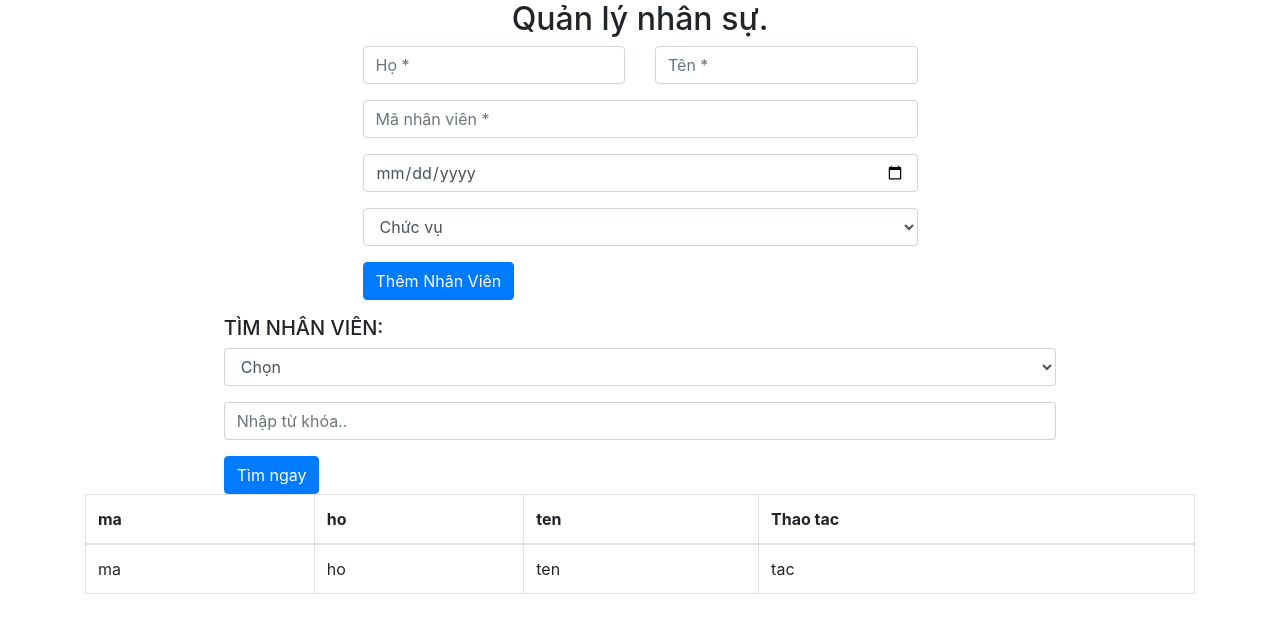
Repository: dovanthao2404/quanlynhanvien
Page: index.html
The author's editor kept a copy of each file at every save. The page is drawn from the files as they stood at one save, then again after the next save.
The browser window is 1280 px wide. The pictures show the whole page.

Above is the page before, as saved 2021-06-30 15:53:06.

### index.html
<!DOCTYPE html>
<html lang="en">

<head>
  <meta charset="UTF-8">
  <meta http-equiv="X-UA-Compatible" content="IE=edge">
  <meta name="viewport" content="width=device-width, initial-scale=1.0">
  <title>Quan Ly Nhan Vien</title>
  <!-- BS4 -->
  <link rel="stylesheet" href="https://cdn.jsdelivr.net/npm/bootstrap@4.6.0/dist/css/bootstrap.min.css"
    integrity="sha384-B0vP5xmATw1+K9KRQjQERJvTumQW0nPEzvF6L/Z6nronJ3oUOFUFpCjEUQouq2+l" crossorigin="anonymous">
  <!-- MAIN CSS -->
  <link rel="stylesheet" href="./css/style.css">
</head>

<body>
  <div class="main">
    <!-- form quan ly' -->
    <div class="container">
      <form class=" w-50 mx-auto">
        <div class="employee-manager">
          <div class="row">
            <div class="col">
              <h2 class="text-center">Quản lý nhân sự.</h2>
            </div>
          </div>
          <div class="form-group">
            <div class="row">
              <div class="col-6">
                <input placeholder="Họ *" type="text" class="form-control" id="ho">
                <span class="text-danger" id="thongBaoHo"></span>
              </div>
              <div class="col-6">
                <input placeholder="Tên *" type="text" class="form-control" id="ten">
                <span class="text-danger" id="thongBaoTen"></span>
              </div>
            </div>
          </div>
          <div class='form-group'>
            <div class="row">
              <div class="col-12">
                <input placeholder="Mã nhân viên *" type="text" class="form-control" id="maNV">
                <span class="text-danger" id="thongBaoMS"></span>
              </div>
            </div>
          </div>
          <div class='form-group'>
            <div class="row">
              <div class="col-12">
                <input type="date" class="form-control" id="ngayLamViec">
                <span class="text-danger" id="thongBaoNgay"></span>
              </div>
            </div>
          </div>
          <div class='form-group'>
            <div class="row">
              <div class="col-12">
                <select id="chucVu" class="form-control">
                  <option value="" selected>Chức vụ</option>
                  <option value="">Sếp</option>
                  <option value="">Trưởng phòng</option>
                  <option value="">Nhân viên</option>
                </select>
                <span class="text-danger" id="thongBaoChucVu"></span>
              </div>
            </div>
          </div>
          <div class='form-group'>
            <button type="button" class="btn btn-primary" id="btnThemNhanVien">Thêm Nhân Viên</button>
          </div>
        </div>
      </form>
    </div>

    <!-- Tim kiem nhan vien -->
    <div class="container">
      <div class="form-search w-75 mx-auto">
        <div class="form-group">
          <h5>TÌM NHÂN VIÊN: </h5>
          <div class="input-group">
            <select class='form-control'>
              <option value="">Chọn</option>
              <option value="">Tìm theo mã</option>
              <option value="">Tìm theo tên</option>
            </select>
          </div>
        </div>

        <div class="form-group">
          <input class="form-control" type="text" placeholder="Nhập từ khóa..">
        </div>
        <button class="btn btn-primary">Tìm ngay</button>
      </div>
    </div>

    <div id="hienthi" class="container">
      <table class="table table-bordered table-hover" id="tableHienThi">
        <thead>
          <th>ma</th>
          <th>ho</th>
          <th>ten</th>
          <th>Thao tac</th>
        </thead>
        <tbody id="thetBody">
          <td>ma</td>
          <td>ho</td>
          <td>ten</td>
          <td> tac</td>
        </tbody>
      </table>
    </div>
  </div>

  <!-- BS4 -->
  <script src="https://code.jquery.com/jquery-3.5.1.slim.min.js"
    integrity="sha384-DfXdz2htPH0lsSSs5nCTpuj/zy4C+OGpamoFVy38MVBnE+IbbVYUew+OrCXaRkfj"
    crossorigin="anonymous"></script>
  <script src="https://cdn.jsdelivr.net/npm/bootstrap@4.6.0/dist/js/bootstrap.bundle.min.js"
    integrity="sha384-Piv4xVNRyMGpqkS2by6br4gNJ7DXjqk09RmUpJ8jgGtD7zP9yug3goQfGII0yAns"
    crossorigin="anonymous"></script>

  <script src="js/NhanVien.js"></script>
  <script src="js/DanhSachNV.js"></script>
  <script src="js/main.js"></script>
</body>

</html>

### css/style.css
* {
  padding: 0;
  margin: 0;
  box-sizing: border-box;
}
.btnCapNhat {
  display: none;
}

### js/NhanVien.js
function NhanVien(maNV, ho, ten, ngaySinh, chucVu, ngayLamViec, luongCaoBan, phuCap) {
  this.maNV = maNV;
  this.ho = ho;
  this.ten = ten;
  this.ngaySinh = ngaySinh;
  this.chucVu = chucVu;
  this.soNgayLamViec = ngayLamViec;
  this.luongCaoBan = luongCaoBan;
  this.phuCap = phuCap;
  this.mangThuocTinh = [this.maNV, this.ho, this.ten, this.ngaySinh, this.chucVu, this.soNgayLamViec, this.luongCaoBan,
  this.phuCap];
}

NhanVien.prototype.tinhLuong = function () {
  return this.soNgayLamViec + this.luongCaoBan + this.phuCap;
}

### js/DanhSachNV.js
function DanhSachNV() {
  this.DanhSachNV = [];
}

DanhSachNV.prototype.themNhanVien = function (nv) {
  this.DanhSachNV.push(nv);
}

DanhSachNV.prototype.xuatLuong = function () {
  var soNV = this.DanhSachNV.length;
  for (var i = 0; i < soNV; i++) {
    this.DanhSachNV[i].tinhLuong();
  }
};

DanhSachNV.prototype.xoaNhanVien = function () {

}

DanhSachNV.prototype.timTheoTen = function () {

}

### js/main.js
function getMyEle(ele) {
  return document.getElementById(ele);
}


var mangThongBao = [
  'Vui lòng nhập họ',
  'Vui lòng nhập tên',
  'Vui lòng nhập mã nhân viên',
  'Vui lòng chọn ngày',
  'Vui lòng chọn chức vụ',
  'Họ phải là ký tự',
  'Tên phải là ký tự',
  'Độ dài từ 4 - 6',

]
var dSNV = new DanhSachNV();

function kiemTraNhap(idKiemTra, idThongBao, indexThongBao) {
  var noiDungKiemTra = getMyEle(idKiemTra).value;
  var idThongBao = getMyEle(idThongBao);
  if (noiDungKiemTra === '') {
    idThongBao.innerHTML = mangThongBao[indexThongBao];
    return false;
  } else {
    idThongBao.innerHTML = ''
    return true;
  }
}

function kiemTraChon(idKiemTra, idThongBao, indexThongBao) {
  var noiDungKiemTra = getMyEle(idKiemTra).selectedIndex;
  var idThongBao = getMyEle(idThongBao);
  if (noiDungKiemTra === 0) {
    idThongBao.innerHTML = mangThongBao[indexThongBao];
    return false;
  } else {
    idThongBao.innerHTML = ''
    return true;
  }
}

function kiemTraNhapKiTu(idKiemTra, idThongBao, indexThongBao) {
  var mangKiTu = /^[a-zA-Z]+$/;
  var field = getMyEle(idKiemTra).value;
  var thongBao = getMyEle(idThongBao);
  if (field.match(mangKiTu)) {
    thongBao.innerHTML = ''
    return true;
  } else {
    thongBao.innerHTML = mangThongBao[indexThongBao];
    return false;
  }
}

function kiemTraDoDai(idKiemTra, idThongBao, indexThongBao) {
  var field = getMyEle(idKiemTra).value.length;
  var thongBao = getMyEle(idThongBao);
  if (field < 2 || field > 6) {
    thongBao.innerHTML = mangThongBao[indexThongBao];
    return false;
  } else {
    thongBao.innerHTML = ''
    return true;
  }
}

function kiemTraHopLe() {
  var kq = kiemTraNhap('ho', 'thongBaoHo', 0);
  if (kq) {
    kiemTraNhapKiTu('ho', 'thongBaoHo', 5)
  }
  var kq2 = kiemTraNhap('ten', 'thongBaoTen', 1);
  if (kq2) {
    kiemTraNhapKiTu('ten', 'thongBaoTen', 6);
  }
  var kq3 = kiemTraNhap('maNV', 'thongBaoMS', 2);
  if (kq3) {
    kiemTraDoDai('maNV', 'thongBaoMS', 7);
  }
  var kq4 = kiemTraNhap('ngayLamViec', 'thongBaoNgay', 3);
  var kq5 = kiemTraChon('chucVu', 'thongBaoChucVu', 4);

  if (kq && kq2 && kq3 && kq4 && kq5) {
    return true;
  } else {
    return false;
  }
}

function lamMoiForm() {
  getMyEle('ho').value = '';
  getMyEle('ten').value = '';
  getMyEle('maNV').value = '';
  getMyEle('ngayLamViec').value = '';
  getMyEle('chucVu').selectedIndex = 0;
}
console.log(getMyEle('thetBody'));
function taoDong(tBody, tnv) {

}

getMyEle('btnThemNhanVien').addEventListener("click", function () {
  var kq = kiemTraHopLe();
  if (kq) {
    var ho = getMyEle('ho').value;
    var ten = getMyEle('ten').value;
    var maNV = getMyEle('maNV').value;
    // var ngay
    var nhanVien = new NhanVien(ho, ten, maNV, '', '', '', '', '')
    dSNV.themNhanVien(nhanVien);
    lamMoiForm();
    console.log(dSNV);
  }
})

After the next save:
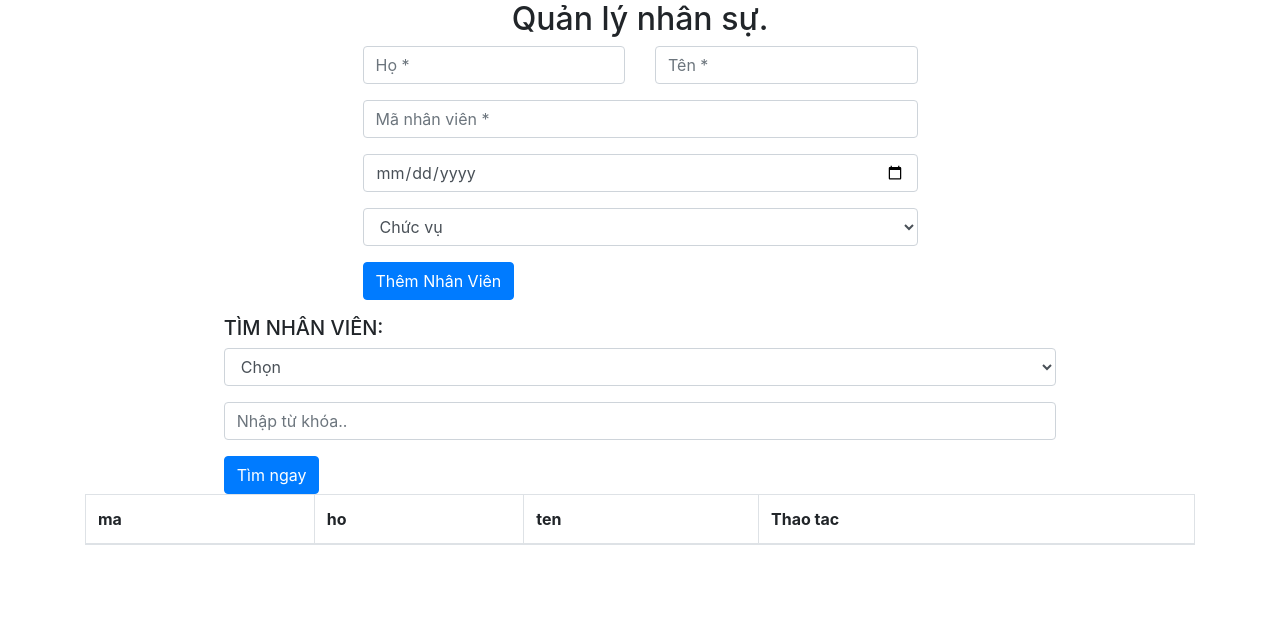
Saved 9 s later.
--- a/index.html
+++ b/index.html
@@ -102,10 +102,7 @@
           <th>Thao tac</th>
         </thead>
         <tbody id="thetBody">
-          <td>ma</td>
-          <td>ho</td>
-          <td>ten</td>
-          <td> tac</td>
+
         </tbody>
       </table>
     </div>
